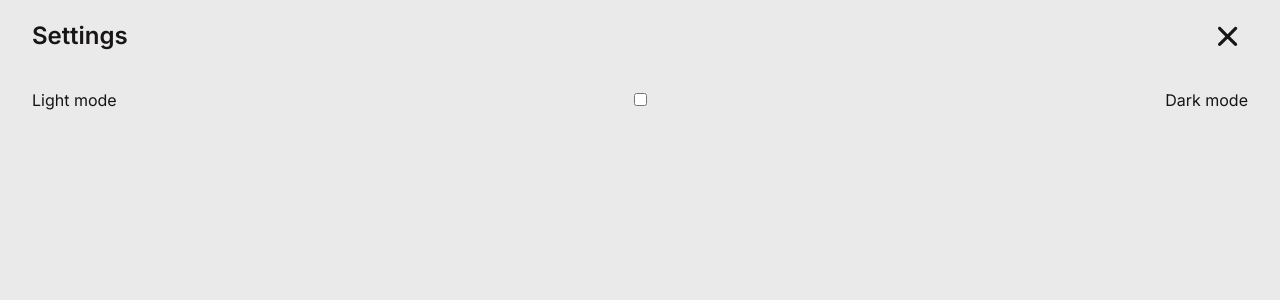
Repository: IdaHolmen/notes
Page: index.html
An editor plug-in stored every save of this project. The page is shown before and after the next save, followed by the edit.
The browser window is 1280 px wide. The pictures show the whole page.

Above is the page before, as saved 2024-10-26 18:26:13.

After the next save:
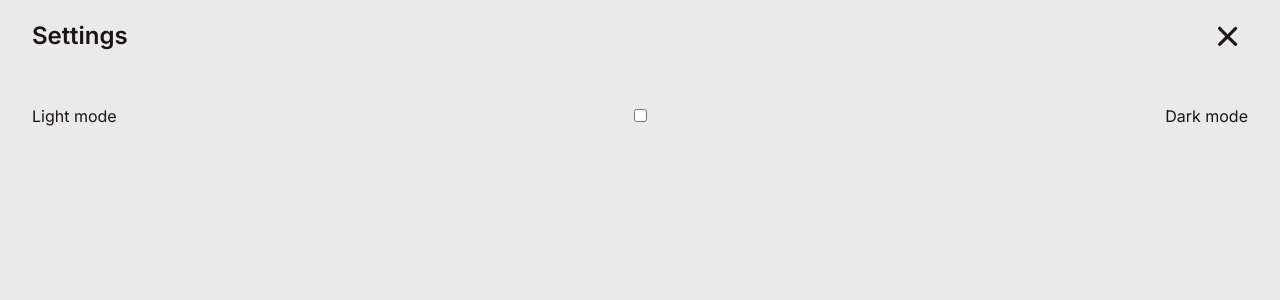
Saved 20 s later.
--- a/css/style.css
+++ b/css/style.css
@@ -97,7 +97,7 @@ body {
 
 .mode-container {
     width: 100%;
-    padding: 1rem 2rem;
+    padding: 2rem;
     display: flex;
     flex-direction: row;
     justify-content: space-between;
